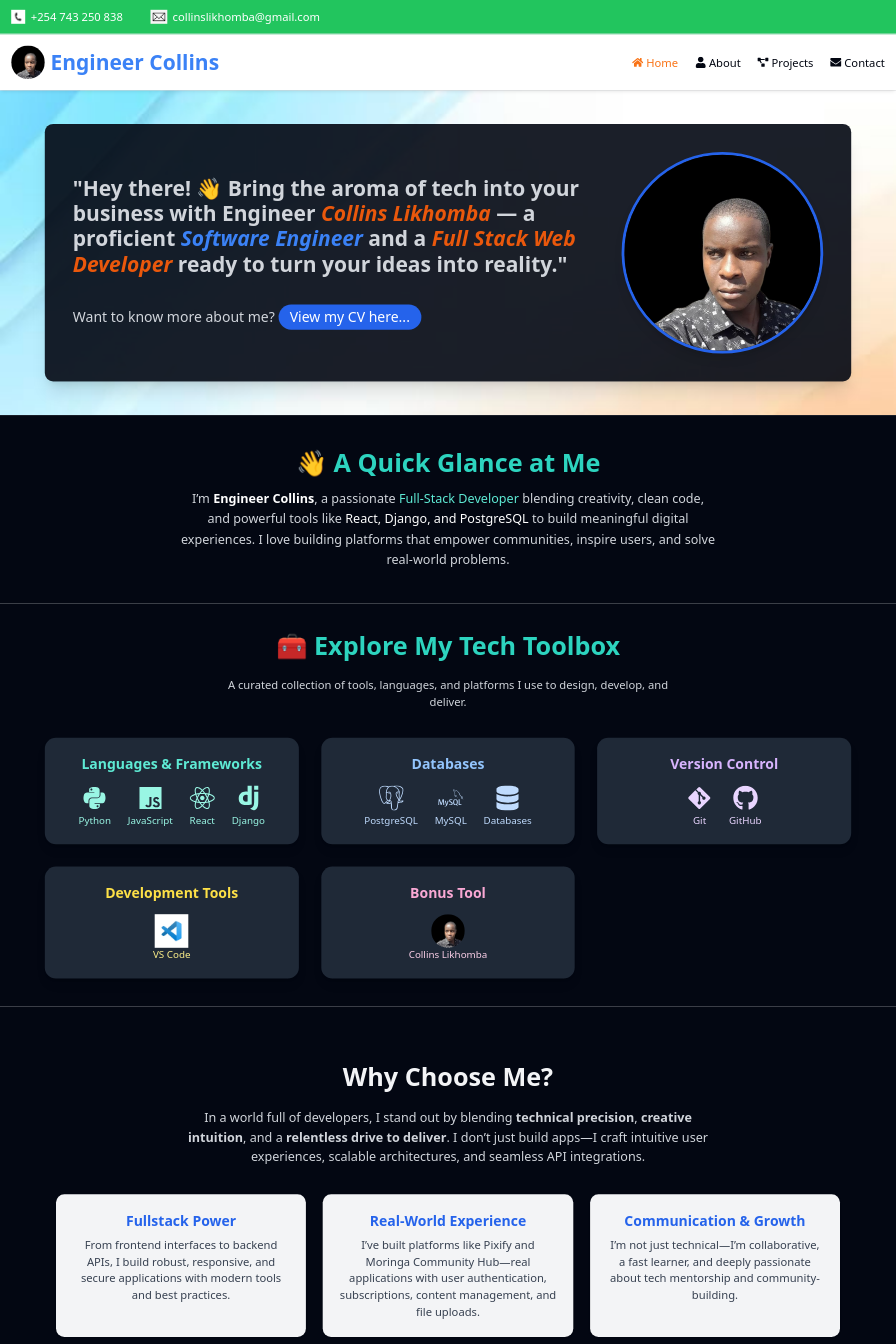
Repository: Engineer-collo/Portfolio
Page: /
An editor plug-in stored every save of this project. The page is shown before and after a run of saves, followed by the edit.
The browser window is 1280 px wide. The pictures show the part of the page from y = 0 to 1920 px (the page is 2586 px tall), at 70% of full size.
The project was rebuilt for these pictures with package versions that can differ from the ones it lists, and the page was loaded fresh each time. Also part of the build but not shown: vite.config.js, src/pages/About.jsx, src/pages/Projects.jsx, src/pages/Contact.jsx, src/pages/Blog.jsx, src/pages/Skills.jsx.

Above is the page before, as saved 2025-06-10 20:10:26.

After the next 3 saves:
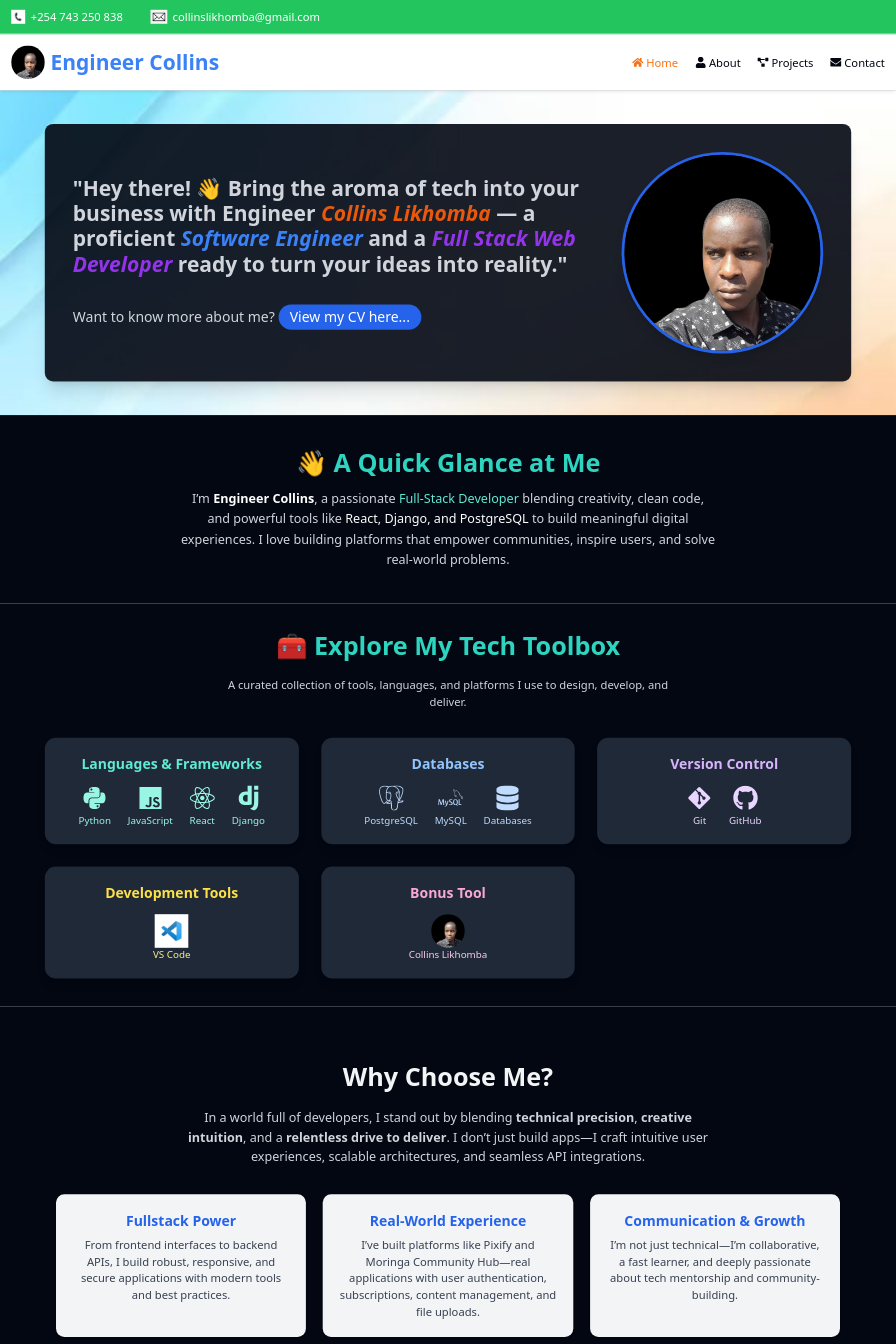
The 3 saves are shown as one change because they came seconds apart.
The last was saved 32 s later.
--- a/src/pages/HomePage.jsx
+++ b/src/pages/HomePage.jsx
@@ -34,7 +34,7 @@ const HomePage = () => {
               </span>{" "}
               and a
    {' '}               <span>
-                <i className="text-orange-600"><strong>Full Stack Web Developer</strong></i>
+                <i className="text-purple-600"><strong>Full Stack Web Developer</strong></i>
               </span>{" "}
  ready to turn your ideas into reality."
             </h1>
